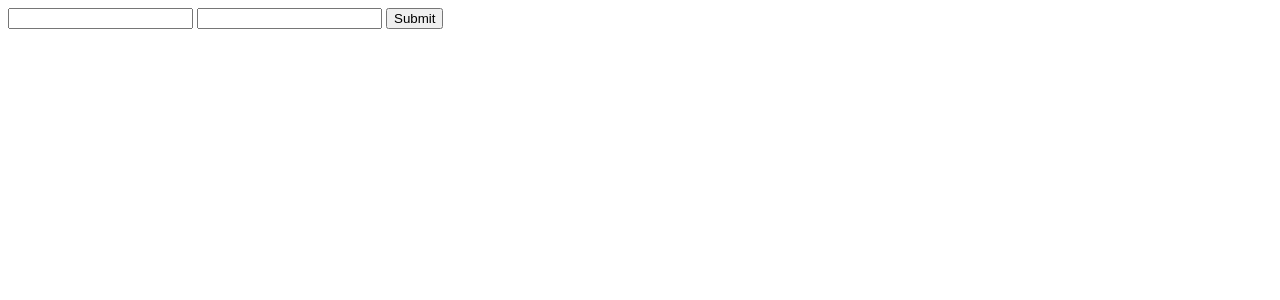
Repository: volhfx07132/Project-1
Page: http://localhost/Lap/login.jsp
These files come from the project's save history. The page is drawn as it stood at one moment and after the next save; the edit follows.
The browser window is 1280 px wide. The pictures show the whole page.
The page is served by Tomcat 9.

Above is the page before, as saved 2021-09-20 08:21:30.

After the next save:
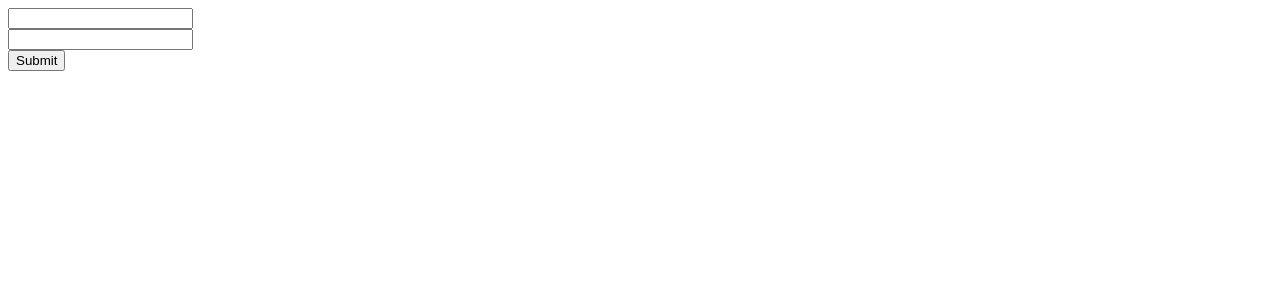
Saved 8 s later.
--- a/Lap/src/main/webapp/login.jsp
+++ b/Lap/src/main/webapp/login.jsp
@@ -9,9 +9,9 @@
 <body>
      <form action="TrainProject" method="post">
           <input type="hidden" name="action" value="doLogin">
-          <input type="email" name="email" value="">
-          <input type="password" name="passwprd" value="">
-          <input type="submit">
+          <input type="email" name="email" value=""> <br>
+          <input type="password" name="passwprd" value=""> <br>
+          <input type="submit"><br>
      </form>
 </body>
 </html>
